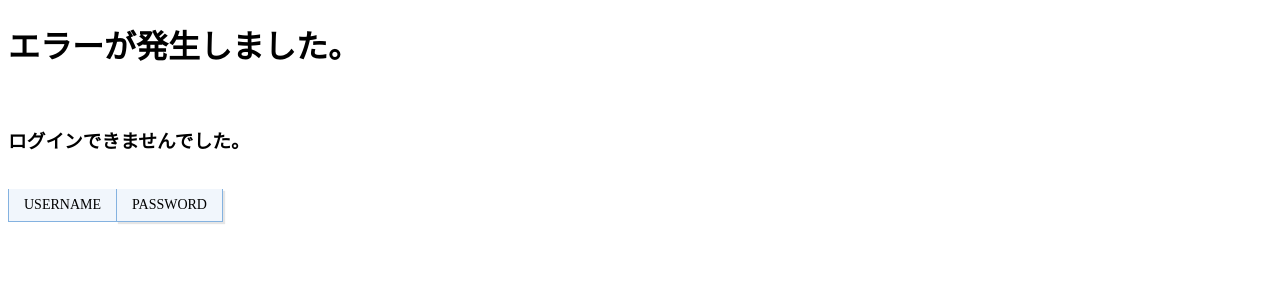
Repository: kazuki000/test
Page: http://localhost/webProj5/loginError.jsp
These files come from the project's save history. The page is drawn as it stood at one moment and after the next save; the edit follows.
The browser window is 1280 px wide. The pictures show the whole page.
The page is served by Tomcat 9. Other server files are loaded and not shown.

Above is the page before, as saved 2019-04-17 09:47:05.

### webProj5/WebContent/loginError.jsp
<%@ page language="java" contentType="text/html; charset=UTF-8"
    pageEncoding="UTF-8"%>
<%@ taglib prefix="s" uri="/struts-tags"%>
<!DOCTYPE html PUBLIC "-//W3C//DTD HTML 4.01 Transitional//EN" "http://www.w3.org/TR/html4/loose.dtd">
<html>
<head>
<meta http-equiv="Content-Type" content="text/html; charset=UTF-8">
<link rel="stylesheet" type="text/css" href="./css/style.css">
<title>LoginError</title>
</head>
<body>
<h1>エラーが発生しました。</h1>
<br>
<h3>ログインできませんでした。</h3>

<s:if test='(#session.loginDTOList.get(0).username)=="該当なし"'>
該当者はいませんでした。
</s:if>

<br>
<table>
 <tbody>
  <tr>
   <td>USERNAME</td>
   <td>PASSWORD</td>
 </tr>
 <tr>
  <s:iterator value="#session.loginDTOList">
   <td><s:property value="username"/></td>
   <td><s:property value="password"/></td>
  </s:iterator>
 </tr>
 </tbody>
 </table>
</body>

</html>

### webProj5/WebContent/css/style.css
@CHARSET "UTF-8";

table {
width: auto;
border-spacing: 0;
font-size:14px;
}
table th {
color: #fff;
padding: 8px 15px;
background: #258;
background:-moz-linear-gradient(rgba(34,85,136,0.7), rgba(34,85,136,0.9) 50%);
background:-webkit-gradient(linear, 100% 0%, 100% 50%, from(rgba(34,85,136,0.7)), to(rgba(34,85,136,0.9)));
font-weight: bold;
border-left:1px solid #258;
border-top:1px solid #258;
border-bottom:1px solid #258;
line-height: 120%;
text-align: center;
text-shadow:0 -1px 0 rgba(34,85,136,0.9);
box-shadow: 0px 1px 1px rgba(255,255,255,0.3) inset;
}
table th:first-child {
border-radius: 5px 0 0 0;
}
table th:last-child {
border-radius:0 5px 0 0;
border-right:1px solid #258;
box-shadow: 2px 2px 1px rgba(0,0,0,0.1),0px 1px 1px rgba(255,255,255,0.3) inset;
}
table tr td {
padding: 8px 15px;
border-bottom: 1px solid #84b2e0;
border-left: 1px solid #84b2e0;
text-align: center;
}
table tr td:last-child {
border-right: 1px solid #84b2e0;
box-shadow: 2px 2px 1px rgba(0,0,0,0.1);
}
table tr {
background: #fff;
}
table tr:nth-child(2n+1) {
background: #f1f6fc;
}
table tr:last-child td {
box-shadow: 2px 2px 1px rgba(0,0,0,0.1);
}
table tr:last-child td:first-child {
border-radius: 0 0 0 5px;
}
table tr:last-child td:last-child {
border-radius: 0 0 5px 0;
}
table tr:hover {
background: #bbd4ee;
cursor:pointer;
}

After the next save:
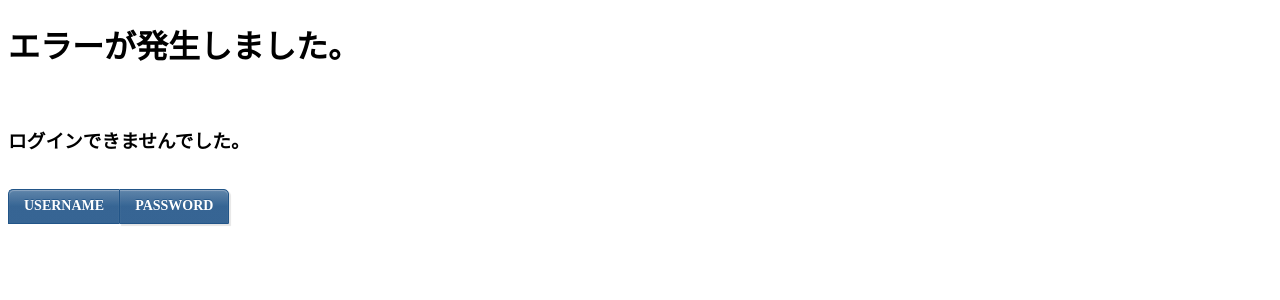
Saved 80 s later.
--- a/webProj5/WebContent/loginError.jsp
+++ b/webProj5/WebContent/loginError.jsp
@@ -21,8 +21,8 @@
 <table>
  <tbody>
   <tr>
-   <td>USERNAME</td>
-   <td>PASSWORD</td>
+   <th>USERNAME</th>
+   <th>PASSWORD</th>
  </tr>
  <tr>
   <s:iterator value="#session.loginDTOList">
